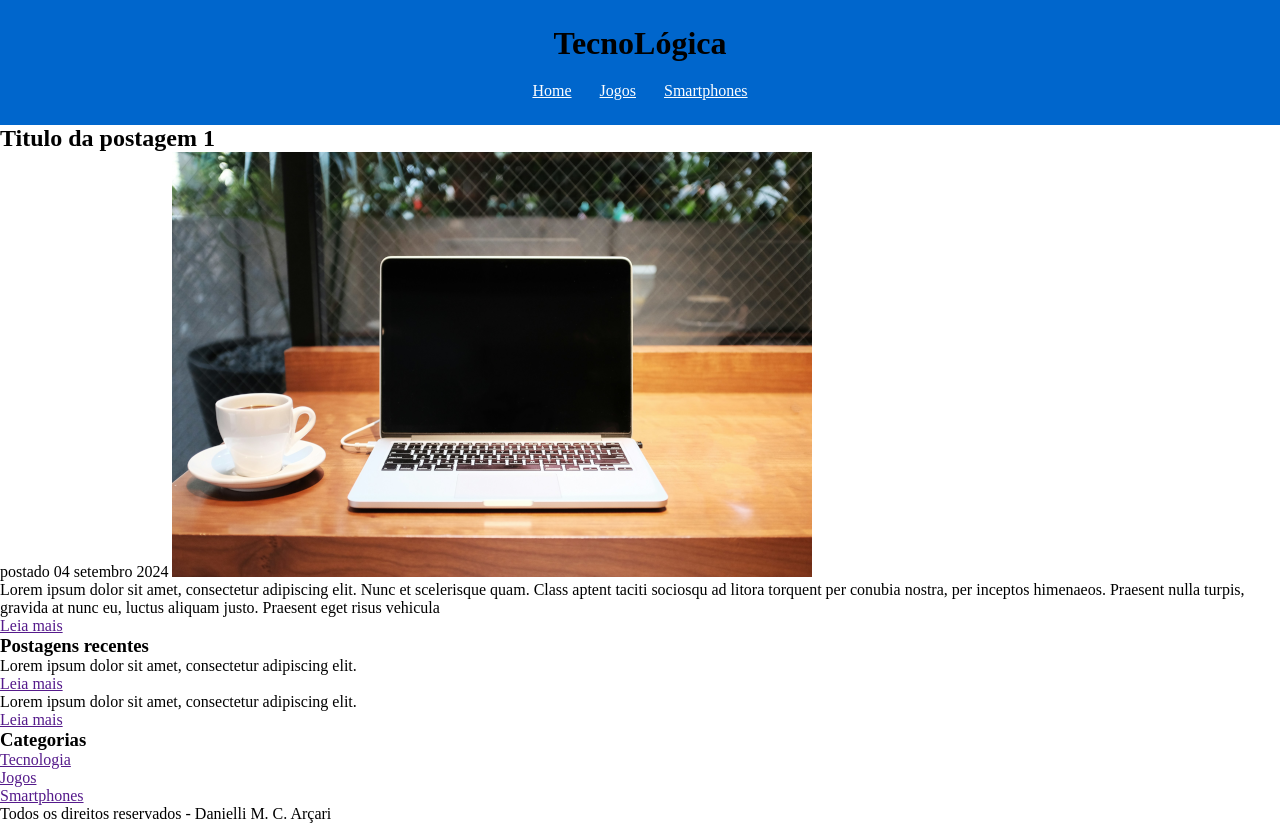
Repository: danielli-arcari/blog-html-css
Page: index.html
The author's editor kept a copy of each file at every save. The page is drawn from the files as they stood at one save, then again after the next save.
The browser window is 1280 px wide. The pictures show the whole page.

Above is the page before, as saved 2026-03-10 16:18:54.

After the next save:
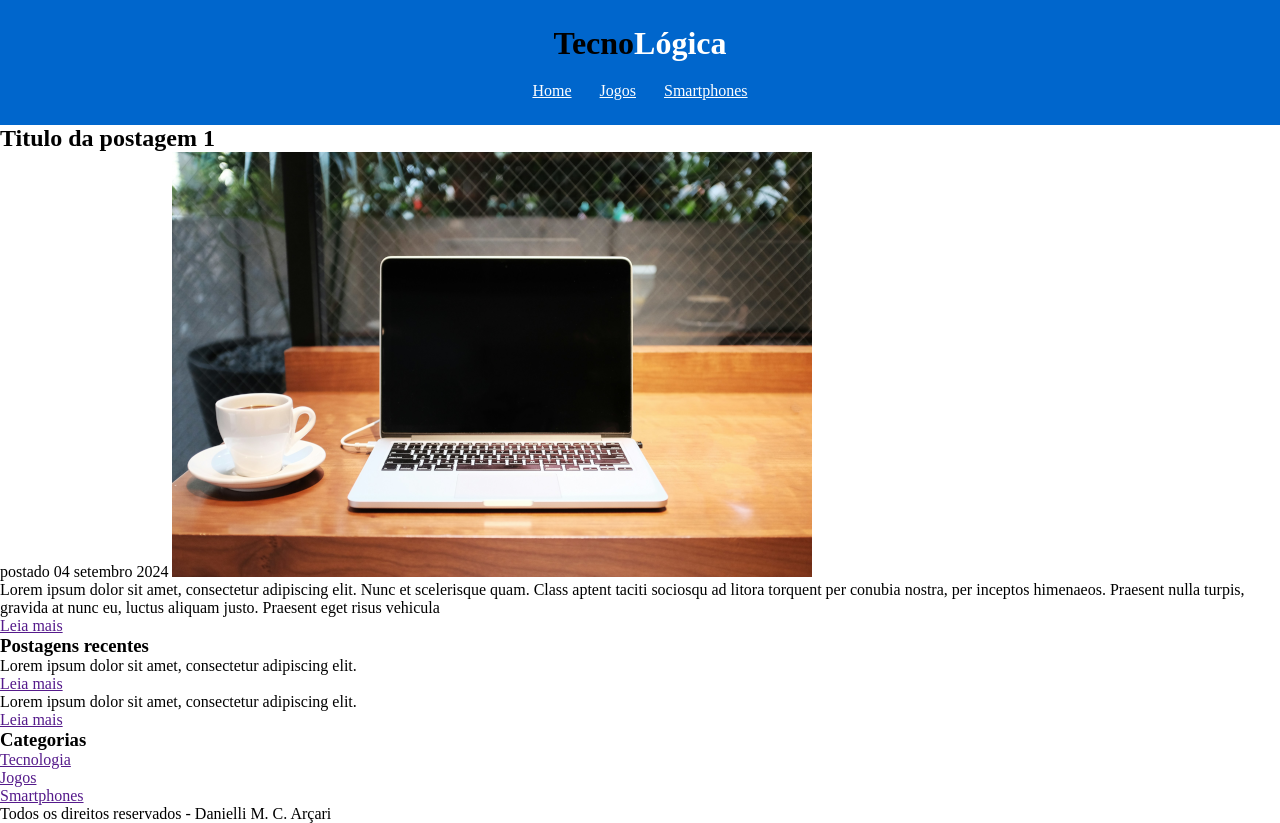
Saved 2 min 12 s later.
--- a/css/style.css
+++ b/css/style.css
@@ -28,3 +28,6 @@
     background: #FFFFFF;
     text-decoration: none;
 }
+.white{
+    color: #FFFFFF;
+}
